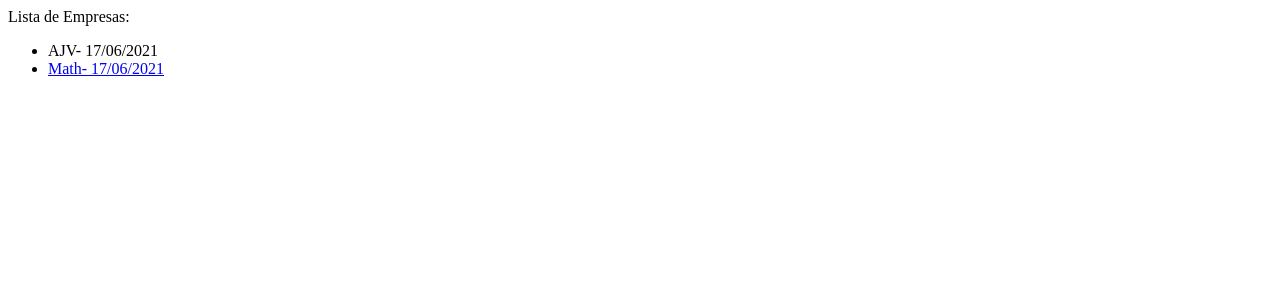
Repository: MathSzoke/JavaWebServlet
Page: http://localhost/gerenciador/listaEmpresas
An editor plug-in stored every save of this project. The page is shown before and after the next save, followed by the edit.
The browser window is 1280 px wide. The pictures show the whole page.
The page is served by Tomcat 9.

Above is the page before, as saved 2021-06-17 18:54:21.

After the next save:
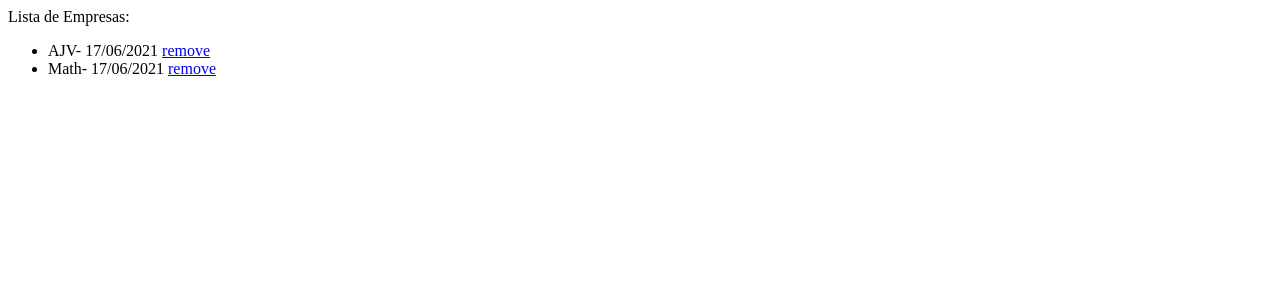
Saved 14 s later.
--- a/gerenciador/WebContent/listaEmpresas.jsp
+++ b/gerenciador/WebContent/listaEmpresas.jsp
@@ -23,7 +23,7 @@
 
 			<li>${empresa.nome }- <fmt:formatDate
 					value="${ empresa.dataAbertura }" pattern="dd/MM/yyyy" />
-					<a href="/gerenciador/deleteEmpresa" />
+					<a href="/gerenciador/deleteEmpresa">remove</a>
 					</li>
 		</c:forEach>
 	</ul>
